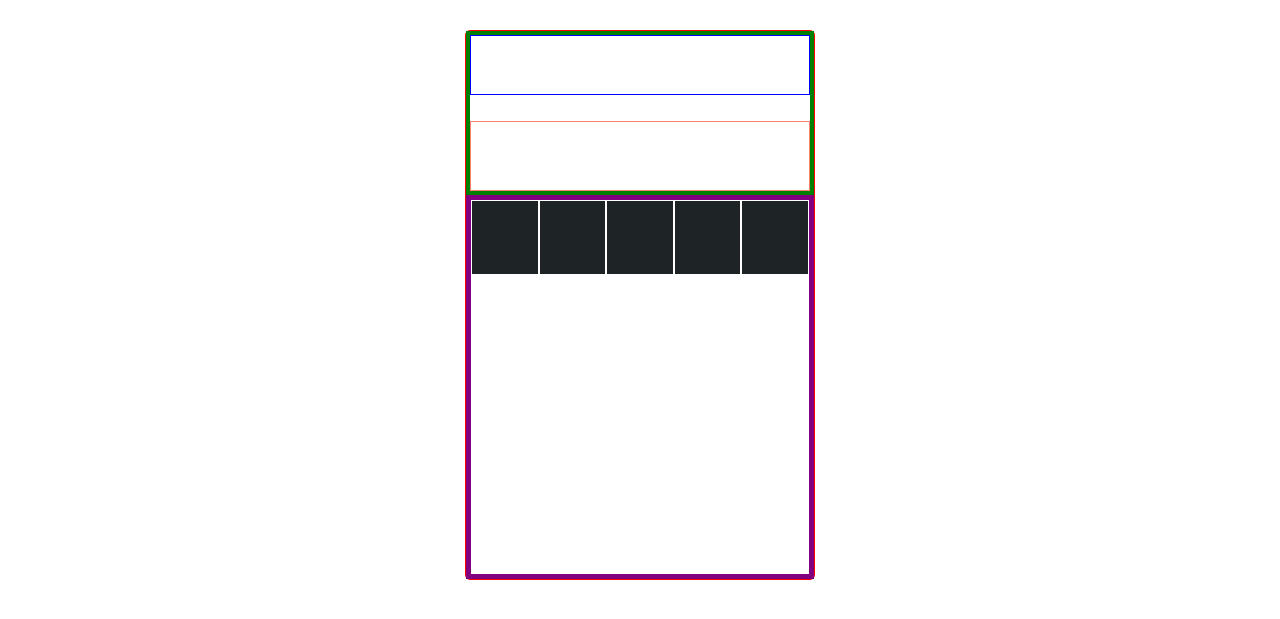
Repository: OfirLana/Calculator
Page: index.html
These files come from the project's save history. The page is drawn as it stood at one moment and after the next save; the edit follows.
The browser window is 1280 px wide. The pictures show the whole page.

Above is the page before, as saved 2019-03-12 18:25:57.

After the next save:
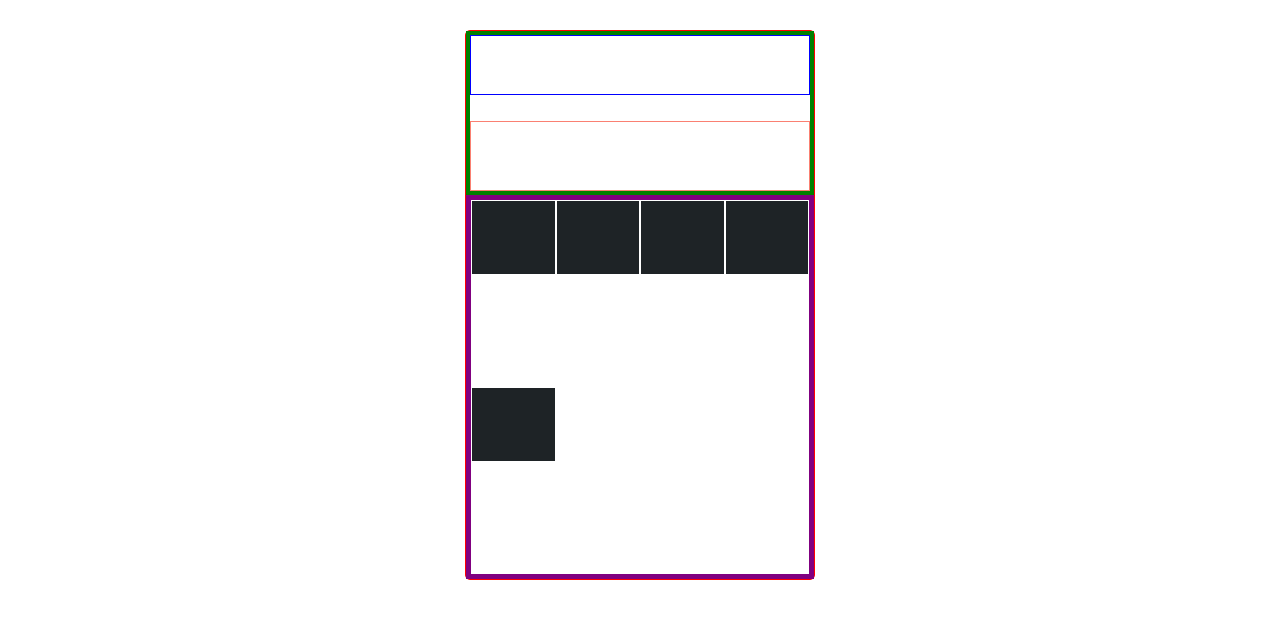
Saved 5 s later.
--- a/style.css
+++ b/style.css
@@ -54,7 +54,7 @@ body {
 .opeartor_box{
     display:flex;
     flex-direction: row;
-    flex-
+    flex-wrap:wrap;
     width:100%;
     border:5px solid purple;
     flex-basis:70%;
